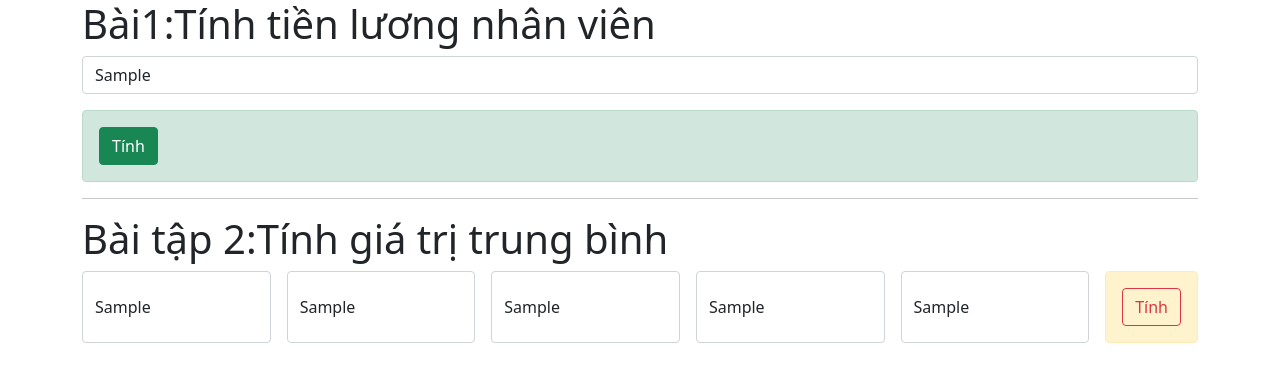
Repository: qkhanh1104k/Js-buoi2-3_giaodienbuoi1
Page: index.html
An editor plug-in stored every save of this project. The page is shown before and after the next save, followed by the edit.
The browser window is 1280 px wide. The pictures show the whole page.
Empty fields were first filled with sample values (such as "Sample", 5 or name@example.com).
After loading, the first visible `button.btn-outline-danger` was clicked once.

Above is the page before, as saved 2022-07-21 10:36:16.
Console error: ReferenceError: Invalid left-hand side in assignment

### index.html
<!DOCTYPE html>
<html lang="en">
  <head>
    <meta charset="UTF-8" />
    <meta http-equiv="X-UA-Compatible" content="IE=edge" />
    <meta name="viewport" content="width=device-width, initial-scale=1.0" />
    <title>Document</title>
    <link
      href="https://cdn.jsdelivr.net/npm/bootstrap@5.1.3/dist/css/bootstrap.min.css"
      rel="stylesheet"
      integrity="sha384-1BmE4kWBq78iYhFldvKuhfTAU6auU8tT94WrHftjDbrCEXSU1oBoqyl2QvZ6jIW3"
      crossorigin="anonymous"
    />
  </head>
  <body>
    <div class="container">
      <h1>Bài1:Tính tiền lương nhân viên</h1>
      <div>
        <input
          type="text"
          id="txtNum"
          class="form-control mb-3"
          placeholder="Nhập số ngày làm"
        />
        <div class="alert alert-success" id="resultBT1">
          <button class="btn btn-success" onclick="demoWhile()">Tính</button>
        </div>
      </div>
      <hr />
      <h1>Bài tập 2:Tính giá trị trung bình</h1>
      <div class="d-flex gap-3 h-75">
        <input type="text" id="txtNum1Bt2" class="form-control mb-3" />
        <input type="text" id="txtNum2Bt2" class="form-control mb-3" />
        <input type="text" id="txtNum3Bt2" class="form-control mb-3" />
        <input type="text" id="txtNum4Bt2" class="form-control mb-3" />
        <input type="text" id="txtNum5Bt2" class="form-control mb-3" />
        <div class="alert alert-warning" id="resBt2">
          <button class="btn btn-outline-danger" onclick="calcAvarage5()">
            Tính
          </button>
        </div>
      </div>
    </div>

    <script src="./index.js"></script>
  </body>
</html>

### index.js
// bai tap 1
 /* input:lương 1 ngày, số ngày làm
    process:
    1.lấy input
    2.tính lương= số ngày *lương 1 ngày
    3.log ra màn hình
    output:tiền lương
  */
function demoWhile(){
    var value = +document.getElementById("txtNum").value;
    var salaryPerDay = 200000;
    var salary = value*salaryPerDay;
    document.getElementById("resultBT1").innerHTML= salary;
}

 //  bai tap 2
   /* input: 5 số thực
       process
       1.lấy 5 số thực
       2.tính trung bình 5 số
       3,log ra màn hình
       ouput: trung bình 5 số
   */
function calcAvarage5(){
    var num1 = document.getElementById("txtNum1Bt2").value;
    var num2 = document.getElementById("txtNum2Bt2").value;
    var num3 = document.getElementById("txtNum3Bt2").value;
    var num4 = document.getElementById("txtNum4Bt2").value;
    var num5 = document.getElementById("txtNum5Bt2").value;
    var avarageNum = (num1+num2+num3+num4+num5)/5;
    document.getElementById("resBt2") = avarageNum;
}

After the next save:
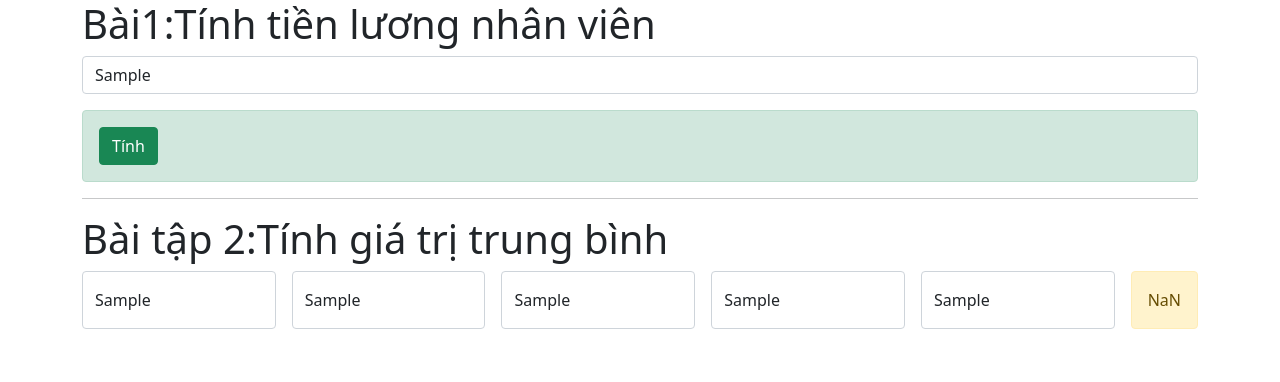
The error is gone.
Saved 119 s later.
--- a/index.js
+++ b/index.js
@@ -28,5 +28,5 @@ function calcAvarage5(){
     var num4 = document.getElementById("txtNum4Bt2").value;
     var num5 = document.getElementById("txtNum5Bt2").value;
     var avarageNum = (num1+num2+num3+num4+num5)/5;
-    document.getElementById("resBt2") = avarageNum;
+    document.getElementById("resBt2").innerHTML = avarageNum;
 }
